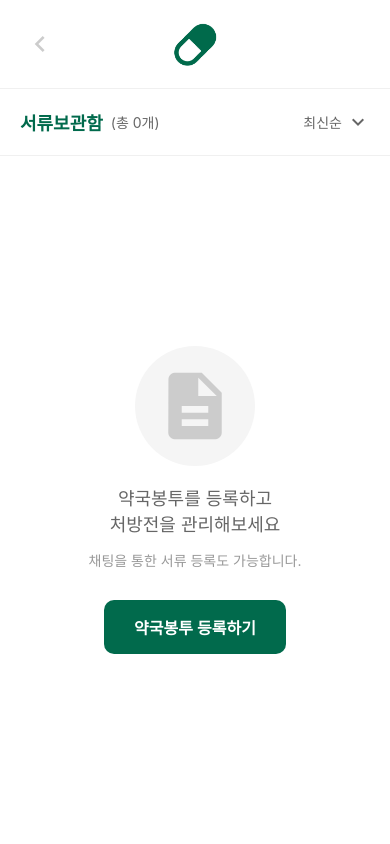
Repository: Sesac-icare/FrontEndiCare
Screen: /DocumentStorage (app in iCare/)
An editor plug-in stored every save of this project. The screen is shown before and after the next save, followed by the edit.
The app was drawn by React Native's web renderer in a window 390 px wide. The project was rebuilt for these pictures with package versions that can differ from the ones it lists, and the page was loaded fresh each time. Some packages were replaced by stand-ins written for this rebuild. Also part of the build but not shown: iCare/components/Header.js, iCare/components/Contents.js, iCare/components/HospitalList.js, iCare/components/PharmacyList.js, iCare/components/MyPage.js, iCare/components/auth/SignUp.js.

Above is the screen before, as saved 2025-02-06 12:58:44.

After the next save:
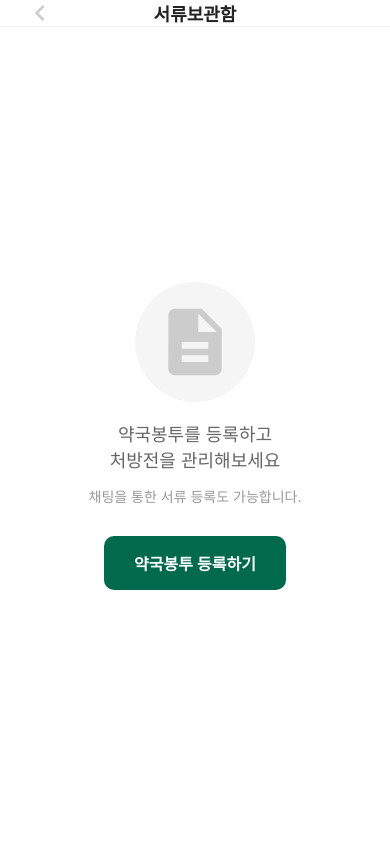
Saved 5 min 47 s later.
--- a/iCare/components/DocumentStorage.js
+++ b/iCare/components/DocumentStorage.js
@@ -24,26 +24,7 @@ export default function DocumentStorage() {
           >
             <MaterialIcons name="chevron-left" size={32} color="#CCCCCC" />
           </TouchableOpacity>
-          <Image
-            source={require("../assets/HeaderGreenLogo.png")}
-            style={styles.logo}
-            resizeMode="contain"
-          />
-        </View>
-
-        <View style={styles.subHeader}>
-          <View style={styles.titleContainer}>
-            <Text style={styles.headerTitle}>서류보관함</Text>
-            <Text style={styles.documentCount}>(총 {totalDocuments}개)</Text>
-          </View>
-          <TouchableOpacity style={styles.filterButton}>
-            <Text style={styles.filterText}>최신순</Text>
-            <MaterialIcons
-              name="keyboard-arrow-down"
-              size={24}
-              color="#666666"
-            />
-          </TouchableOpacity>
+          <Text style={styles.headerTitle}>서류보관함</Text>
         </View>
 
         <View style={styles.content}>
@@ -80,10 +61,10 @@ const styles = StyleSheet.create({
   header: {
     flexDirection: "row",
     alignItems: "center",
-    padding: 20,
+    backgroundColor: "#fff",
+    position: "relative",
     borderBottomWidth: 1,
-    borderBottomColor: "#f0f0f0",
-    backgroundColor: "#fff"
+    borderBottomColor: "#f0f0f0"
   },
   backButton: {
     padding: 4,
@@ -91,52 +72,21 @@ const styles = StyleSheet.create({
     left: 20,
     zIndex: 1
   },
-  logo: {
-    width: 48,
-    height: 48,
-    marginLeft: "auto",
-    marginRight: "auto"
-  },
-  subHeader: {
-    flexDirection: "row",
-    justifyContent: "space-between",
-    alignItems: "center",
-    padding: 20,
-    backgroundColor: "#fff",
-    borderBottomWidth: 1,
-    borderBottomColor: "#f0f0f0"
-  },
-  titleContainer: {
-    flexDirection: "row",
-    alignItems: "center"
-  },
   headerTitle: {
+    flex: 1,
+    textAlign: "center",
     fontSize: 18,
     fontWeight: "bold",
-    color: "#016A4C",
-    marginRight: 8
-  },
-  documentCount: {
-    fontSize: 14,
-    color: "#666666"
-  },
-  filterButton: {
-    flexDirection: "row",
-    alignItems: "center",
-    gap: 4
-  },
-  filterText: {
-    fontSize: 14,
-    color: "#666666"
+    color: "#222"
   },
   content: {
     flex: 1,
-    padding: 16  // 병원 찾기와 동일한 패딩
+    justifyContent: "center",
+    alignItems: "center",
+    padding: 20
   },
   emptyContainer: {
-    flex: 1,
-    alignItems: "center",
-    justifyContent: "center"
+    alignItems: "center"
   },
   iconContainer: {
     width: 120,
